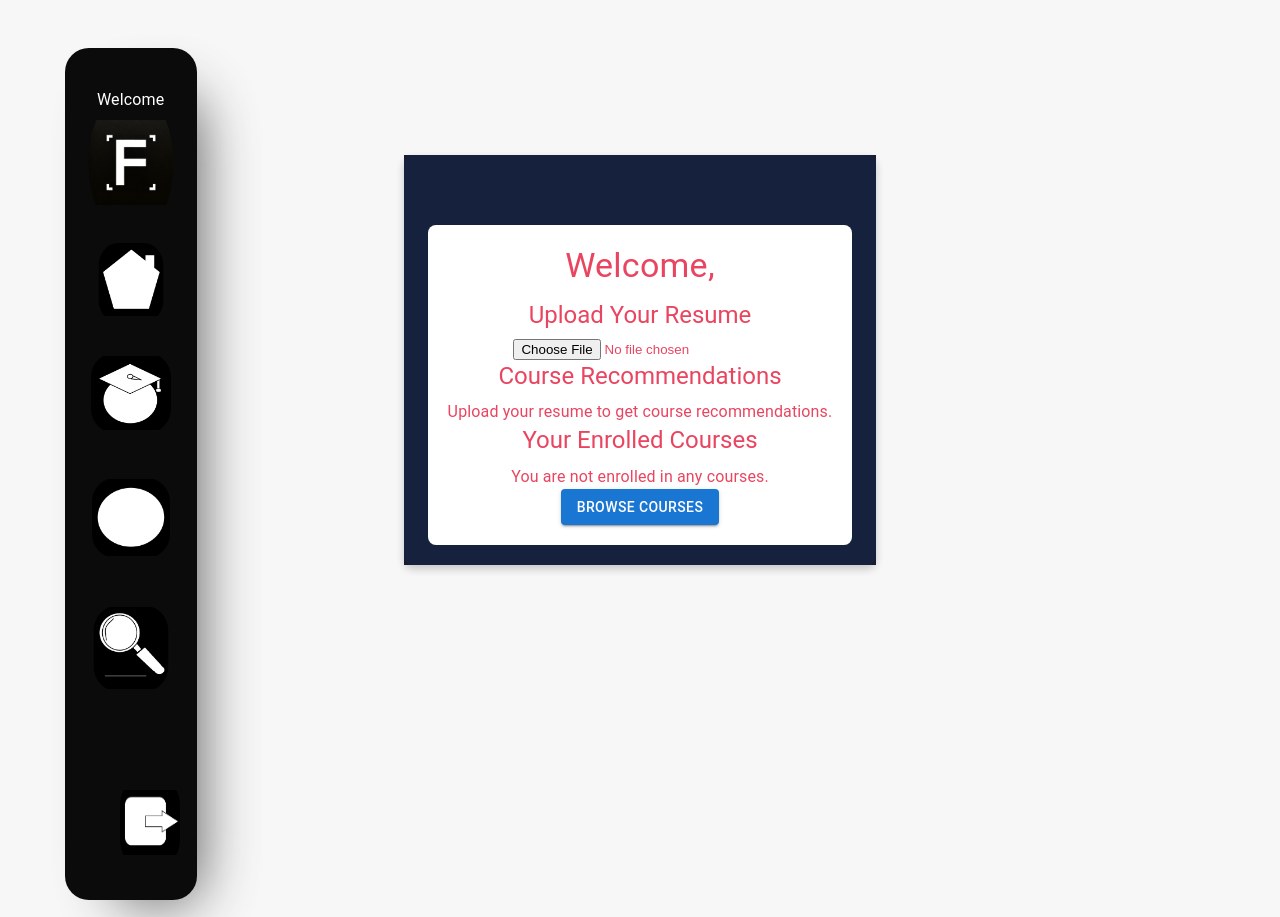
Repository: jvt2/OnlineCourseApp
Page: /dashboard
These files come from the project's save history. The page is drawn as it stood at one moment and after the next save; the edit follows.
The browser window is 1280 px wide. The pictures show the whole page.
The page's requests for data from a server got no answer. The project was rebuilt for these pictures with package versions that can differ from the ones it lists, and the page was loaded fresh each time. No one was signed in, and anything a server would have sent is missing. Also part of the build but not shown: src/features/auth/Register.js, src/features/auth/Login.js, src/features/courses/ResumeUpload.js, src/features/courses/CourseRecommendations.js, src/components/common/MyModal.js, src/features/courses/CourseCatalog.js, src/features/courses/CourseDetail.js, src/components/common/Navbar.js and 3 more. Imported but missing from the stored project, and not drawn on this page: src/app/reportWebVitals.

Above is the page before, as saved 2024-07-15 11:41:37.

After the next save:
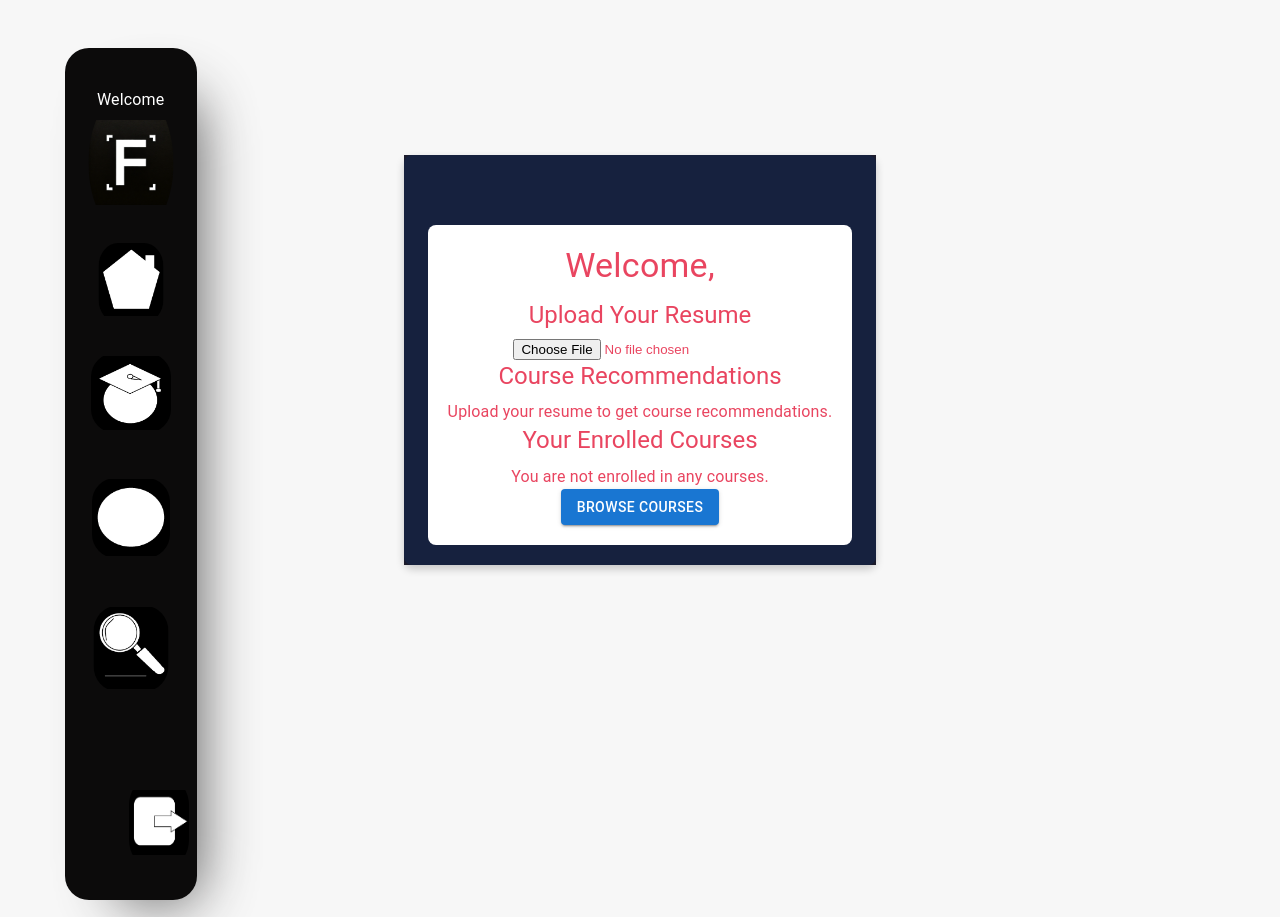
Saved 21 s later.
--- a/src/features/dashboard/Dashboard.css
+++ b/src/features/dashboard/Dashboard.css
@@ -147,8 +147,8 @@
     background-image: url('/public/assets/logout.png');
     border-radius: 30%;
     position: absolute;
-    left: 50;
-    transform: translateX(-50%);
+    left: 35;
+    transform: translateX(-35%);
     background-size: contain;
     background-repeat: no-repeat;
   }
